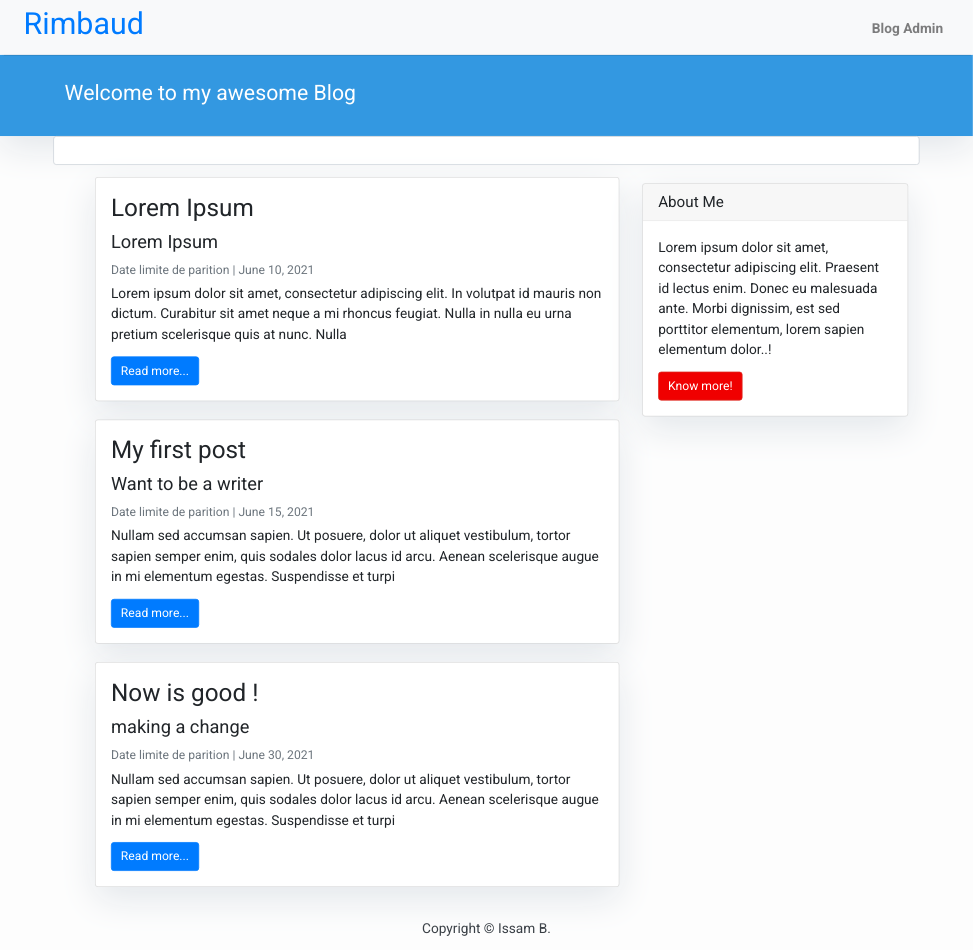
Repository: IssamBouzidi/rimbaud
Page: http://localhost/
The author's editor kept a copy of each file at every save. The page is drawn from the files as they stood at one save, then again after the next save.
The browser window is 1280 px wide. The pictures show the whole page, at 76% of full size.
The page is served by the project's application, run on Django 3.2 (manage.py). Other server files are loaded and not shown. The page reads the database file committed with the project.

Above is the page before, as saved 2021-06-04 01:20:56.

### blog/templates/index.html
{% extends "base.html" %}
{% block content %}
<style>
    body {
        font-family: "Roboto", sans-serif;
        font-size: 18px;
        background-color: #fdfdfd;
    }

    .head_text {
        color: white;
    }

    .card {
        box-shadow: 0 16px 48px #E3E7EB;
    }

    #id_radio:checked~.title_box {
        display: none;
    }

    #title_radio:checked~.id_box {
        display: none;
    }
</style>
<header class="masthead">
    <div class="overlay"></div>
    <div class="container">
        <div class="row">
            <div class=" col-md-8 col-md-10">
                <div class="site-heading">
                    <h3 class=" site-heading my-4 mt-3 text-white"> Welcome to my awesome Blog </h3>
                    </p>
                </div>
            </div>
        </div>
    </div>
</header>
<div class="container">
    <!-- <span class="title_box">Rechercher par titre: </span> -->
    <!-- <input type="text" id="title_box" class="title_box search_box"> -->
    <div class="row">
        <!-- Blog Entries Column -->
        <input type="text" class="form-control title_box search_box" id="title_box" aria-describedby="emailHelp">
        <div id="articles_block" class="col-md-8 mt-3 left">
            {% include "detail_article.html" %}
        </div>
        {% block sidebar %} {% include 'sidebar.html' %} {% endblock sidebar %}
    </div>
</div>
<script type="text/javascript">
    const search_boxes = document.getElementsByClassName('search_box')
    const block_list = document.getElementById('articles_block')
    console.log('pass');
    const inputHandler = function (e) {
        console.log('function');
        value = document.getElementById("title_box").value;

        console.log('value: ' + value)
        request = new Request(
            '/search_article/' + value
        );

        fetch(request)
            .then(res => {
                if (res.ok) {
                    console.log('ok')
                    return res.text();
                } else {
                    console.log('error')
                    return Promise.reject(res.status);
                }
            })
            .then(res => block_list.innerHTML = res)
            .catch(err => console.log(`Erreur avec le message : ${err}`));
    }

    Array.prototype.forEach.call(search_boxes, function (search_box) { search_box.addEventListener('input', inputHandler) });

</script>
{%endblock%}

### blog/templates/base.html
<!DOCTYPE html>
<html>

    <head>
        <title>Django Central</title>
        <link href="https://fonts.googleapis.com/css?family=Roboto:400,700" rel="stylesheet">
        <meta name="google" content="notranslate" />
        <meta name="viewport" content="width=device-width, initial-scale=1" />
        <link rel="stylesheet" href="https://maxcdn.bootstrapcdn.com/bootstrap/4.0.0/css/bootstrap.min.css" integrity="sha384-Gn5384xqQ1aoWXA+058RXPxPg6fy4IWvTNh0E263XmFcJlSAwiGgFAW/dAiS6JXm"
            crossorigin="anonymous" />
    </head>

    <body>
        <style>
            body {
            font-family: "Roboto", sans-serif;
            font-size: 17px;
            background-color: #fdfdfd;
        }
        .shadow {
            box-shadow: 0 4px 2px -2px rgba(0, 0, 0, 0.1);
        }
        .btn-danger {
            color: #fff;
            background-color: #f00000;
            border-color: #dc281e;
        }
        .masthead {
            background: #3398E1;
            height: auto;
            padding-bottom: 15px;
            box-shadow: 0 16px 48px #E3E7EB;
            padding-top: 10px;
        }
    </style>

    <!-- {% block title %}{% if subtitle %}{{ subtitle }} | {% endif %}{{ title }} | {{ site_title|default:_('Django site admin') }}{% endblock %} -->
        <!-- Navigation -->
        <nav class="navbar navbar-expand-lg navbar-light bg-light shadow" id="mainNav">
            <div class="container-fluid">
                {% block branding %}
                    <h1 id="site-name"><a href="#">Rimbaud</a></h1>
                {% endblock %}
                <button class="navbar-toggler navbar-toggler-right" type="button" data-toggle="collapse" data-target="#navbarResponsive"
                    aria-controls="navbarResponsive" aria-expanded="false" aria-label="Toggle navigation">
                    <span class="navbar-toggler-icon"></span>
                </button>
                <div class="collapse navbar-collapse" id="navbarResponsive">
                    <ul class="navbar-nav ml-auto">
                        <li class="nav-item text-black">
                            <a class="nav-link text-black font-weight-bold" href="{% url 'admin:index' %}">
                                {{ site_title|default:_('Blog Admin') }}
                            </a>
                        </li>
                    </ul>
                </div>
            </div>
        </nav>
        {% block content %}
        <!-- Content Goes here -->
        {% endblock content %}
        <!-- Footer -->
        <footer class="py-3 bg-grey">
            <p class="m-0 text-dark text-center ">Copyright &copy; Issam B.</p>
        </footer>
    </body>
</html>

### blog/templates/detail_article.html
<ul>
    {% for article in articles %}
    <div class="card mb-4">
        <div class="card-body">
            <h2 class="card-title">{{ article.title }}</h2>
            <h4 class="card-title">{{ article.description }}</h4>
            <p class="card-text text-muted h6">Date limite de parition | {{ article.visibility_date_limit}} </p>
            <p class="card-text">{{article.article|slice:":200" }}</p>
            <a href="/article/{{ article.id }}" class="btn btn-primary">Read more...</a>
        </div>
    </div>
    {% endfor %}
</ul>

### blog/templates/sidebar.html
{% block sidebar %}

<style>
        .card{
            box-shadow: 0 16px 48px #E3E7EB;
        }

</style>

<!-- Sidebar Widgets Column -->
<div class="col-md-4 float-right ">
<div class="card my-4">
        <h5 class="card-header">About Me</h5>
    <div class="card-body">
        <p class="card-text"> Lorem ipsum dolor sit amet, consectetur adipiscing elit. Praesent id lectus enim. Donec eu malesuada ante. Morbi dignissim, est sed porttitor elementum, lorem sapien elementum dolor..!</p>
        <a href="#" class="btn btn-danger">Know more!</a>
    </div>
</div>
</div>

{% endblock sidebar %}

### blog/models.py
from django.db import models


class Article(models.Model):
    title = models.CharField("Titre", max_length=25)
    description = models.CharField("Déscription", max_length=50)
    article = models.TextField("Article", max_length=1000)
    visibility_date_limit = models.DateField("Date limite de parution")
    visible_only_by_admin = models.BooleanField("Article visible par l'administrateur uniquement", default=True)

### blog/views.py
from django.shortcuts import render
from django.http import HttpResponse
from blog.models import Article
from django.db.models.query import QuerySet
import datetime


def get_all(request):
    query = __find_articles_query(request.user.is_superuser)
    articles_list = {"articles": query}
#    return render(request, "all.html", articles_list)
    return render(request, "index.html", articles_list)



def get_article(request, id: str):
    print(f'id: {id.__class__.__name__}')
    query = (__find_articles_query(request.user.is_superuser).filter(id=id).first())
    article = {"article": query}
    return render(request, "article.html", article)


def search_article(request, title: str = None):
    if title is None:
        query = __find_articles_query(request.user.is_superuser)
    else:
        query = __find_articles_query(request.user.is_superuser).filter(
            title__icontains=title
        )

    articles_list = {"articles": query}
    return render(request, "detail_article.html", articles_list)


def __find_articles_query(is_admin: bool = False) -> QuerySet:
    articles = Article.objects.exclude(
        visibility_date_limit__lt=datetime.datetime.now(),
    ).order_by("id")

    if not is_admin:
        articles = articles.exclude(
            visible_only_by_admin=True,
        )

    return articles

### rimbaud/urls.py
"""rimbaud URL Configuration

The `urlpatterns` list routes URLs to views. For more information please see:
    https://docs.djangoproject.com/en/3.1/topics/http/urls/
Examples:
Function views
    1. Add an import:  from my_app import views
    2. Add a URL to urlpatterns:  path('', views.home, name='home')
Class-based views
    1. Add an import:  from other_app.views import Home
    2. Add a URL to urlpatterns:  path('', Home.as_view(), name='home')
Including another URLconf
    1. Import the include() function: from django.urls import include, path
    2. Add a URL to urlpatterns:  path('blog/', include('blog.urls'))
"""
from django.contrib import admin
from django.urls import include, path

urlpatterns = [
    path('admin/', admin.site.urls),
    path('', include('blog.urls'))
]

### blog/urls.py
from django.urls import path

from . import views

urlpatterns = [
    path("", views.get_all),
    path("article/<str:id>", views.get_article),
    path("search_article/", views.search_article),
    path("search_article/<str:title>", views.search_article)
]

### db.sqlite3 (the tables this page reads, as SQL)
CREATE TABLE "blog_article" ("id" integer NOT NULL PRIMARY KEY AUTOINCREMENT, "title" varchar(25) NOT NULL, "description" varchar(50) NOT NULL, "article" text NOT NULL, "visible_only_by_admin" bool NOT NULL, "visibility_date_limit" date NOT NULL);
INSERT INTO "blog_article" VALUES
(1, 'Lorem Ipsum', 'Lorem Ipsum', 'Lorem ipsum dolor sit amet, consectetur adipiscing elit. In volutpat id mauris non dictum. Curabitur sit amet neque a mi rhoncus feugiat. Nulla in nulla eu urna pretium scelerisque quis at nunc. Nulla leo purus, blandit a porta in, auctor ac ante. Praesent suscipit turpis volutpat velit suscipit maximus. Donec eget tincidunt lacus, sed ultrices diam. Vestibulum tellus nisl, pellentesque suscipit ornare rhoncus, accumsan eu elit. Aliquam erat volutpat. Vivamus dictum nibh ut sem molestie, et maximus sapien vestibulum. Pellentesque faucibus porta leo.

Vivamus feugiat enim dui, id ultricies dui vulputate et. Nam vulputate erat nisi, sed interdum nibh convallis ut. Morbi vitae quam quis mi mollis luctus ut in arcu. Nam vel enim ac mauris pulvinar dignissim quis at augue. Phasellus in nisi justo. Maecenas condimentum efficitur justo vel ultricies. Vivamus commodo, arcu non cursus congue, nisi magna ultricies magna, vel consequat tortor leo vel nunc.', 0, '2021-06-10'),
(2, 'My first post', 'Want to be a writer', 'Nullam sed accumsan sapien. Ut posuere, dolor ut aliquet vestibulum, tortor sapien semper enim, quis sodales dolor lacus id arcu. Aenean scelerisque augue in mi elementum egestas. Suspendisse et turpis et nibh pretium ultricies venenatis nec urna. Mauris eget congue enim. Nulla condimentum ex quis suscipit gravida. Praesent tristique massa ac dignissim commodo. Fusce purus tellus, mattis nec bibendum nec, maximus sed risus. Morbi consequat pellentesque erat et blandit. Interdum et malesuada fames ac ante ipsum primis in faucibus. Donec imperdiet nisl sit amet nibh ornare, dapibus sodales ligula finibus. Curabitur sagittis faucibus tempus. In ante nulla, aliquam bibendum quam eget, accumsan semper urna.

Sed euismod libero ut fermentum finibus. Donec vulputate varius tortor, id dapibus ex rutrum sed. Vestibulum sed odio lacus. Integer commodo lacus vel ex congue rhoncus in non erat. Maecenas efficitur interdum tincidunt. Vivamus semper, leo at lacinia sodales, sapien tortor egestas', 0, '2021-06-15'),
(3, 'Now is good !', 'making a change', 'Nullam sed accumsan sapien. Ut posuere, dolor ut aliquet vestibulum, tortor sapien semper enim, quis sodales dolor lacus id arcu. Aenean scelerisque augue in mi elementum egestas. Suspendisse et turpis et nibh pretium ultricies venenatis nec urna. Mauris eget congue enim. Nulla condimentum ex quis suscipit gravida. Praesent tristique massa ac dignissim commodo. Fusce purus tellus, mattis nec bibendum nec, maximus sed risus. Morbi consequat pellentesque erat et blandit. Interdum et malesuada fames ac ante ipsum primis in faucibus. Donec imperdiet nisl sit amet nibh ornare, dapibus sodales ligula finibus. Curabitur sagittis faucibus tempus. In ante nulla, aliquam bibendum quam eget, accumsan semper urna.

Sed euismod libero ut fermentum finibus. Donec vulputate varius tortor, id dapibus ex rutrum sed. Vestibulum sed odio lacus. Integer commodo lacus vel ex congue rhoncus in non erat. Maecenas efficitur interdum tincidunt. Vivamus semper, leo at lacinia sodales, sapien tortor egestas', 0, '2021-06-30');

After the next save:
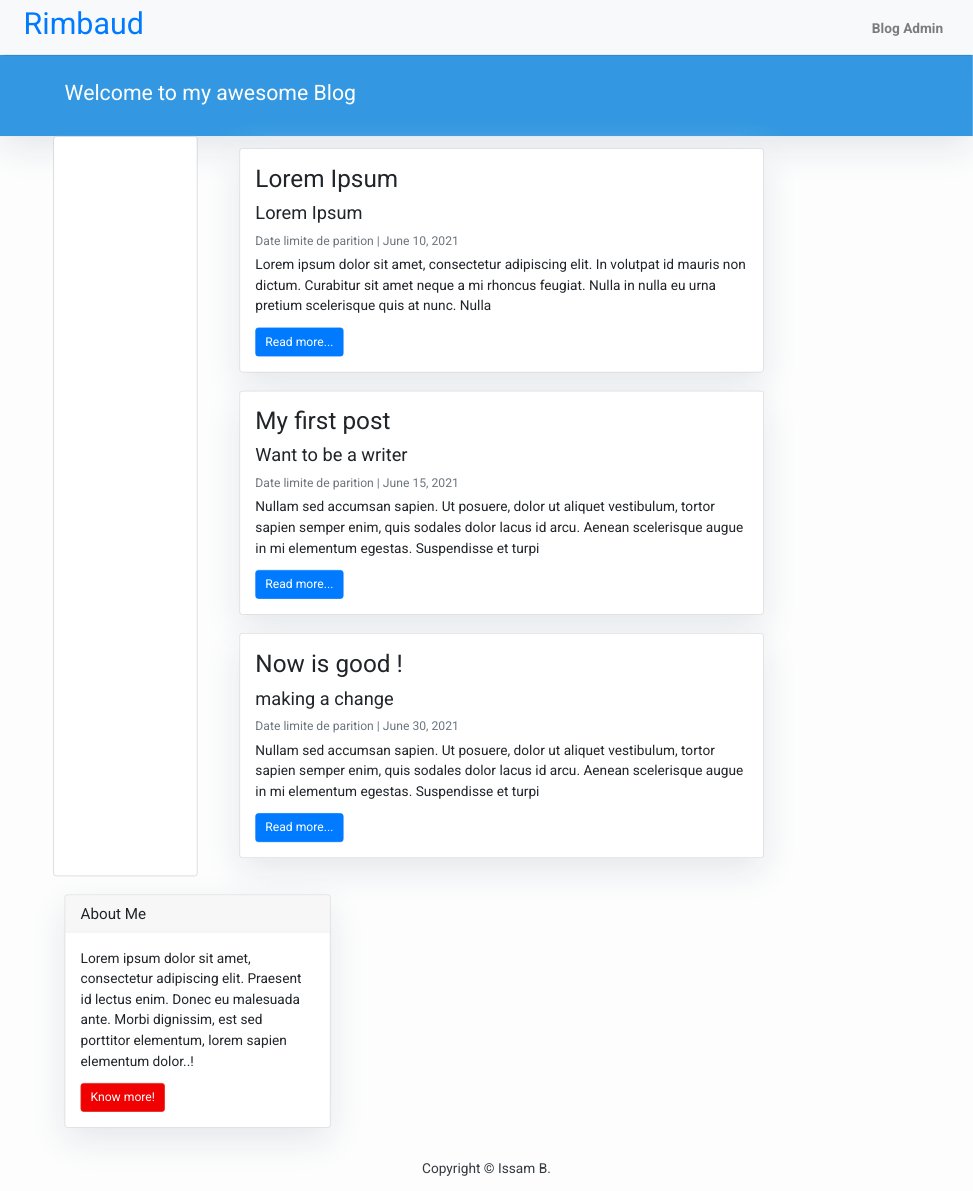
Saved 40 s later.
--- a/blog/templates/index.html
+++ b/blog/templates/index.html
@@ -41,7 +41,7 @@
     <!-- <input type="text" id="title_box" class="title_box search_box"> -->
     <div class="row">
         <!-- Blog Entries Column -->
-        <input type="text" class="form-control title_box search_box" id="title_box" aria-describedby="emailHelp">
+        <input type="text" class="form-control col-sm-2 title_box search_box" id="title_box" aria-describedby="emailHelp">
         <div id="articles_block" class="col-md-8 mt-3 left">
             {% include "detail_article.html" %}
         </div>

After the 2 saves that followed:
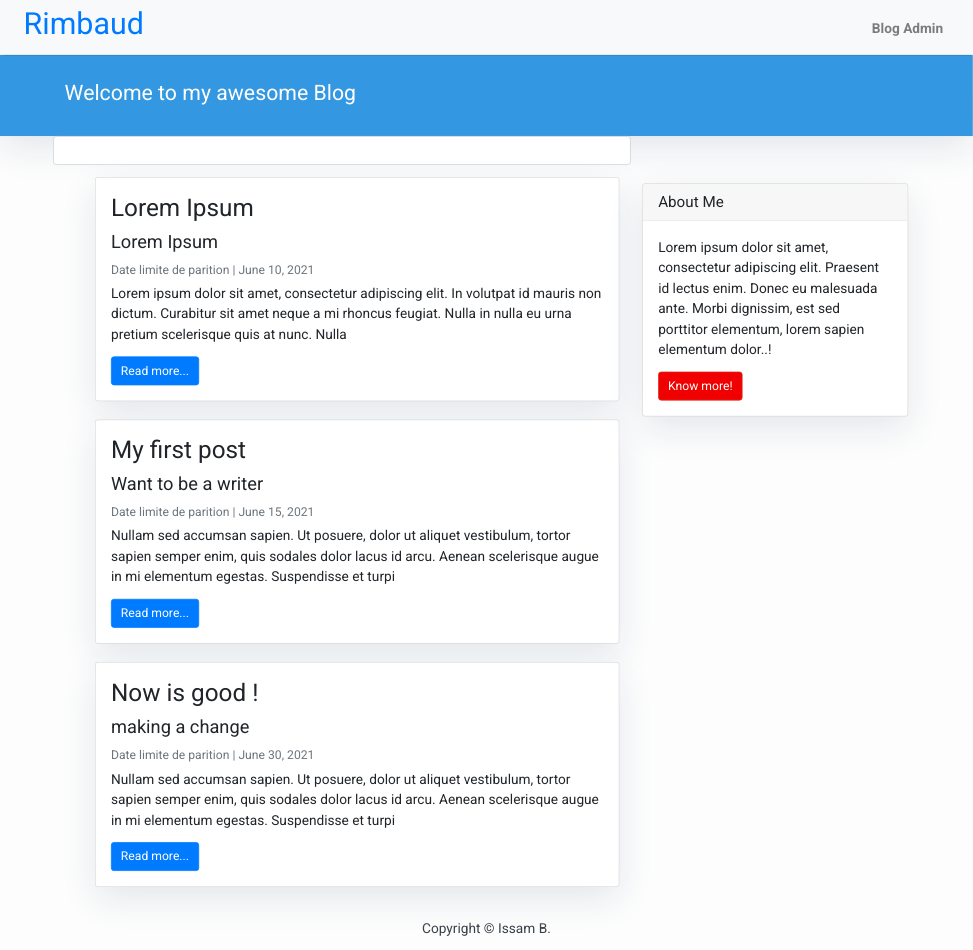
The 2 saves are shown as one change because 1 left the picture as it was.
The last was saved 26 s later.
--- a/blog/templates/index.html
+++ b/blog/templates/index.html
@@ -41,7 +41,7 @@
     <!-- <input type="text" id="title_box" class="title_box search_box"> -->
     <div class="row">
         <!-- Blog Entries Column -->
-        <input type="text" class="form-control col-sm-2 title_box search_box" id="title_box" aria-describedby="emailHelp">
+        <input type="text" class="col-sm-8 form-control title_box search_box" id="title_box" aria-describedby="emailHelp">
         <div id="articles_block" class="col-md-8 mt-3 left">
             {% include "detail_article.html" %}
         </div>
